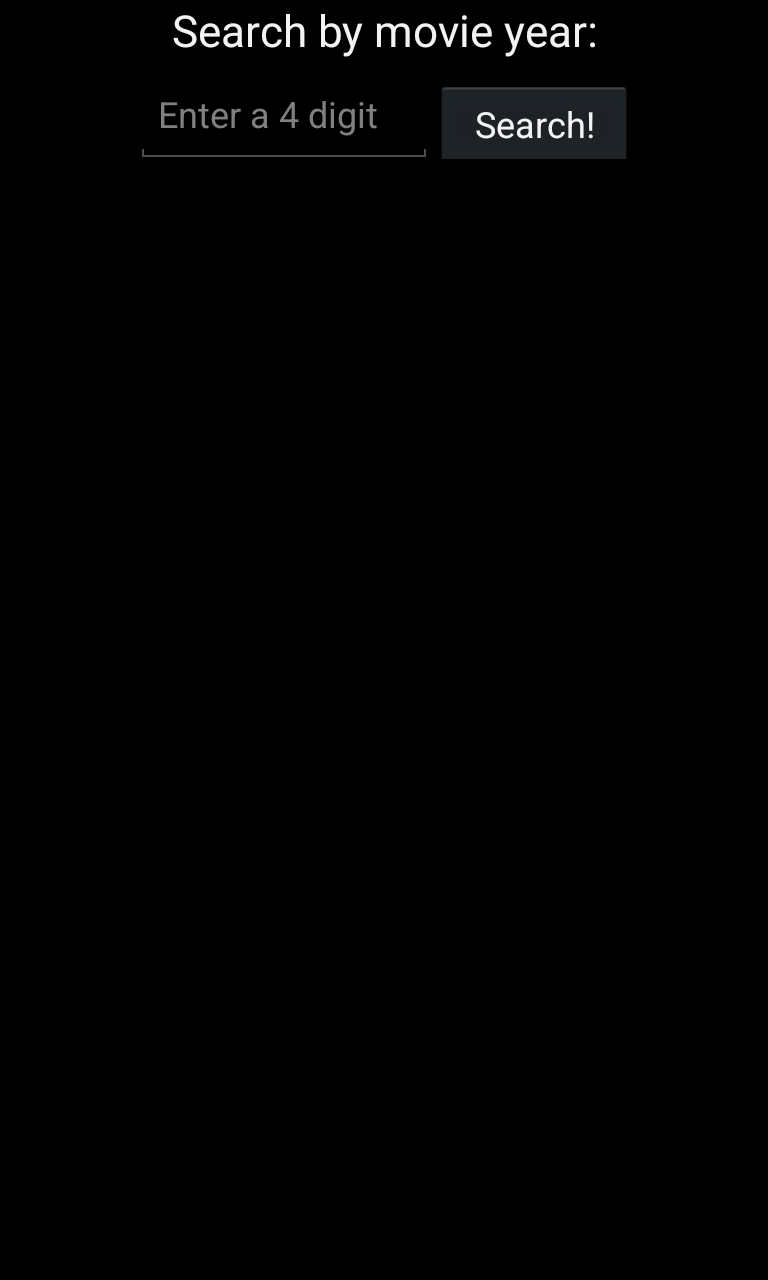
Repository: laurenelder/Java2_Elder
Layout: MovieLookup/res/layout/search_dialog.xml
An editor plug-in stored every save of this project. The layout is shown before and after the next save, followed by the edit.
It is drawn on a 768 x 1280 px phone screen (xhdpi) without system bars, with theme android:Theme.Holo; the app's code is not run. Lists and similar views that code fills are empty.

Above is the layout before, as saved 2014-08-01 01:09:20.

After the next save:
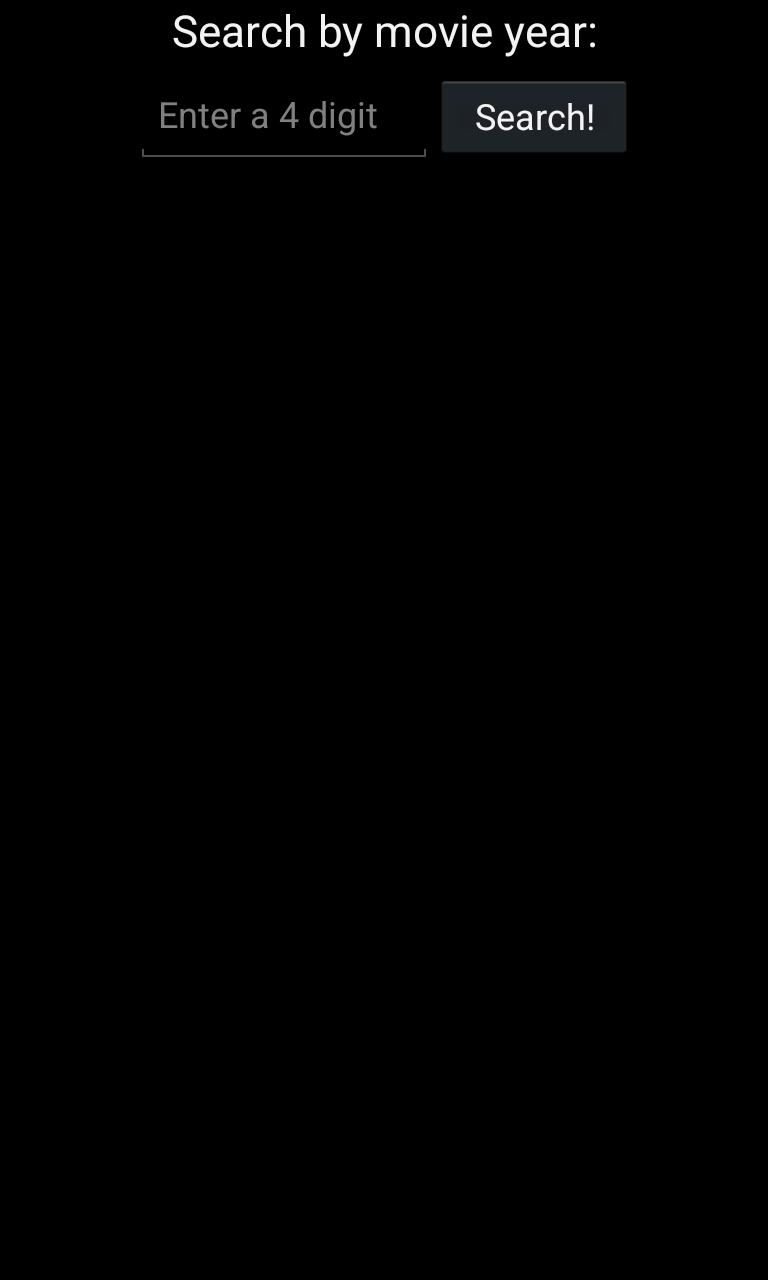
Saved 35 s later.
--- a/MovieLookup/res/layout/search_dialog.xml
+++ b/MovieLookup/res/layout/search_dialog.xml
@@ -30,8 +30,8 @@
 
         <Button
             android:layout_width="100dp"
-            android:layout_height="45dp"
-            android:layout_marginTop="10dp"
+            android:layout_height="43dp"
+            android:layout_marginTop="7dp"
       		android:layout_marginBottom="7dp"
             android:gravity="center"
             android:text="@string/search_button_text"/>
